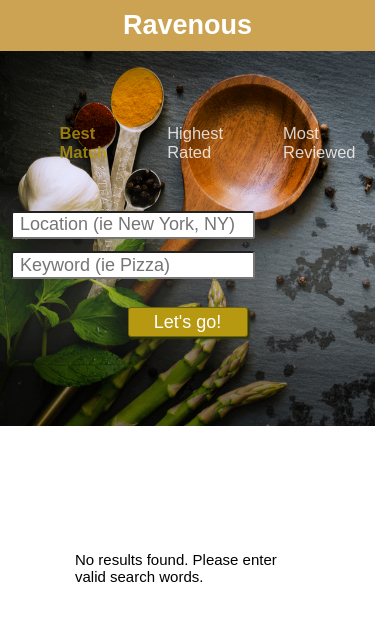
Repository: LolaSL/Ravenous
Page: /
An editor plug-in stored every save of this project. The page is shown before and after the next save, followed by the edit.
The browser window is 375 px wide. The pictures show the whole page.
The page's requests for data from a server got no answer. The project was rebuilt for these pictures with package versions that can differ from the ones it lists, and the page was loaded fresh each time. No one was signed in, and anything a server would have sent is missing. Also part of the build but not shown: src/Business/Business.js.

Above is the page before, as saved 2024-03-24 12:27:29.

After the next save:
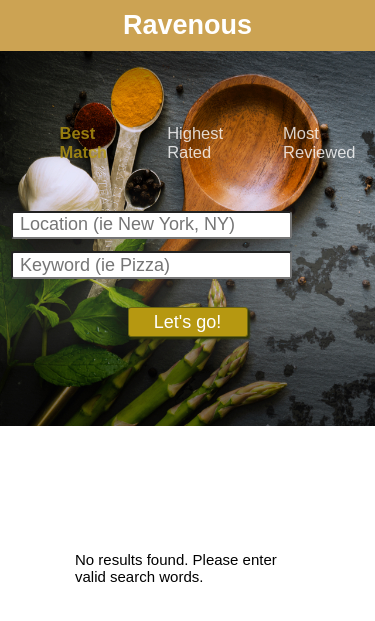
Saved 7 s later.
--- a/src/SearchBar/SearchBar.css
+++ b/src/SearchBar/SearchBar.css
@@ -82,7 +82,7 @@ hr {
 
   .search-input {
     margin-right: 0 auto;
-width: 60%;
+width: 70%;
     margin-bottom: 0.86rem;
   }
 
